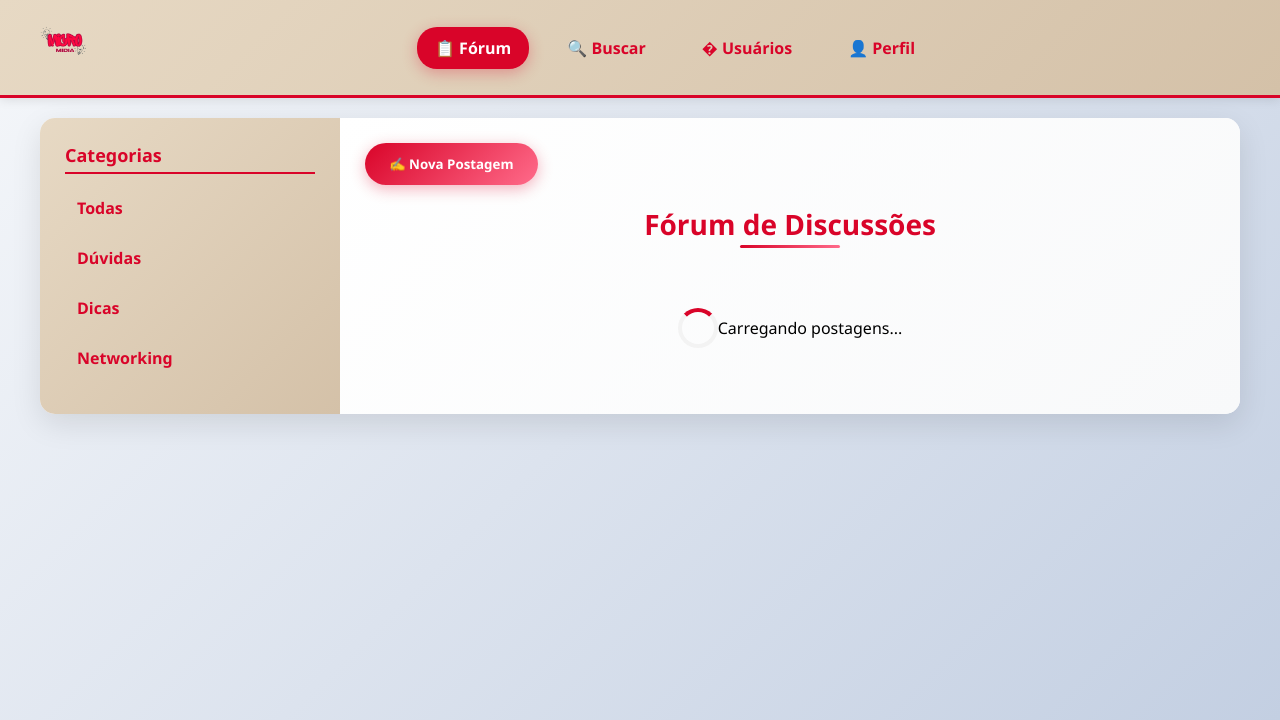
Repository: annaluizapm/MicroMidia
Page: front/HTML/forum.html
These files come from the project's save history. The page is drawn as it stood at one moment and after the next save; the edit follows.
The browser window is 1280 px wide. The pictures show the whole page.
The page's requests for data from a server got no answer.

Above is the page before, as saved 2025-09-05 11:52:18.

After the next save:
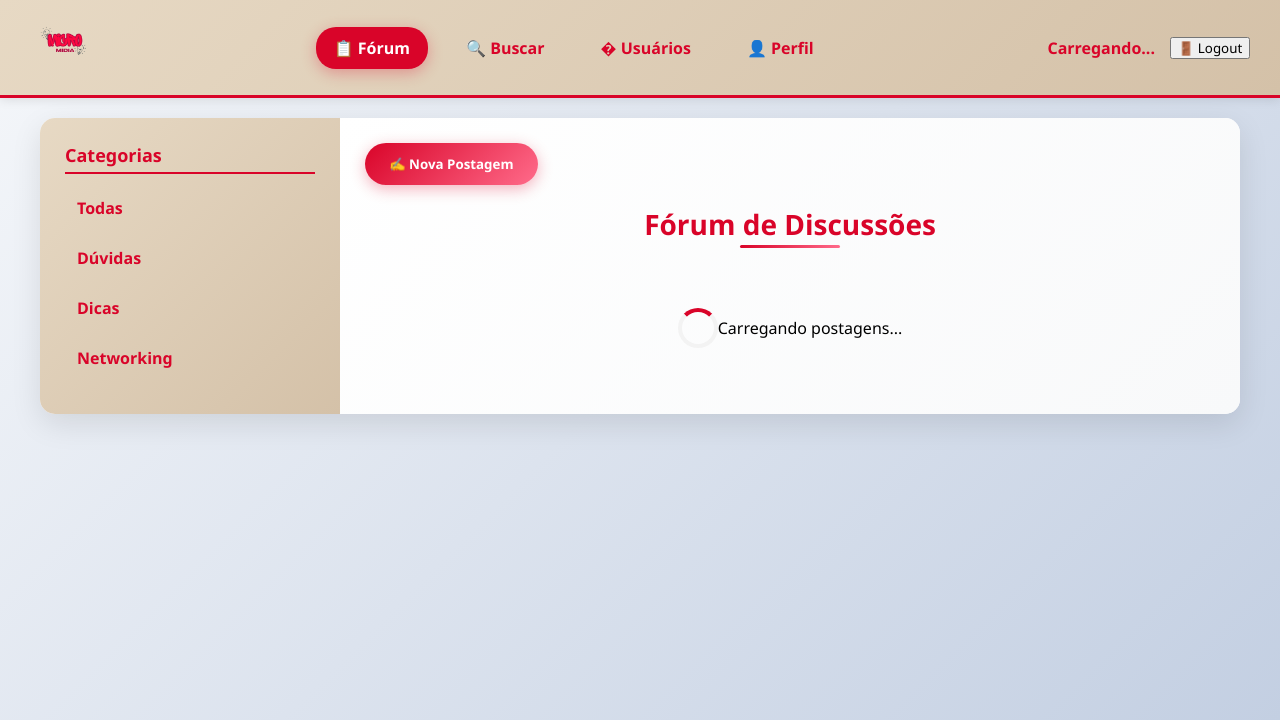
Saved 71 s later.
--- a/front/HTML/forum.html
+++ b/front/HTML/forum.html
@@ -198,7 +198,8 @@
             <a href="perfil.html" class="nav-link">👤 Perfil</a>
         </nav>
         <div class="user-info">
-            <span class="user-name"></span>
+            <span class="user-name" id="user-name-display">Carregando...</span>
+            <button onclick="logout()" class="btn-logout" title="Sair">🚪 Logout</button>
         </div>
     </header>
 
